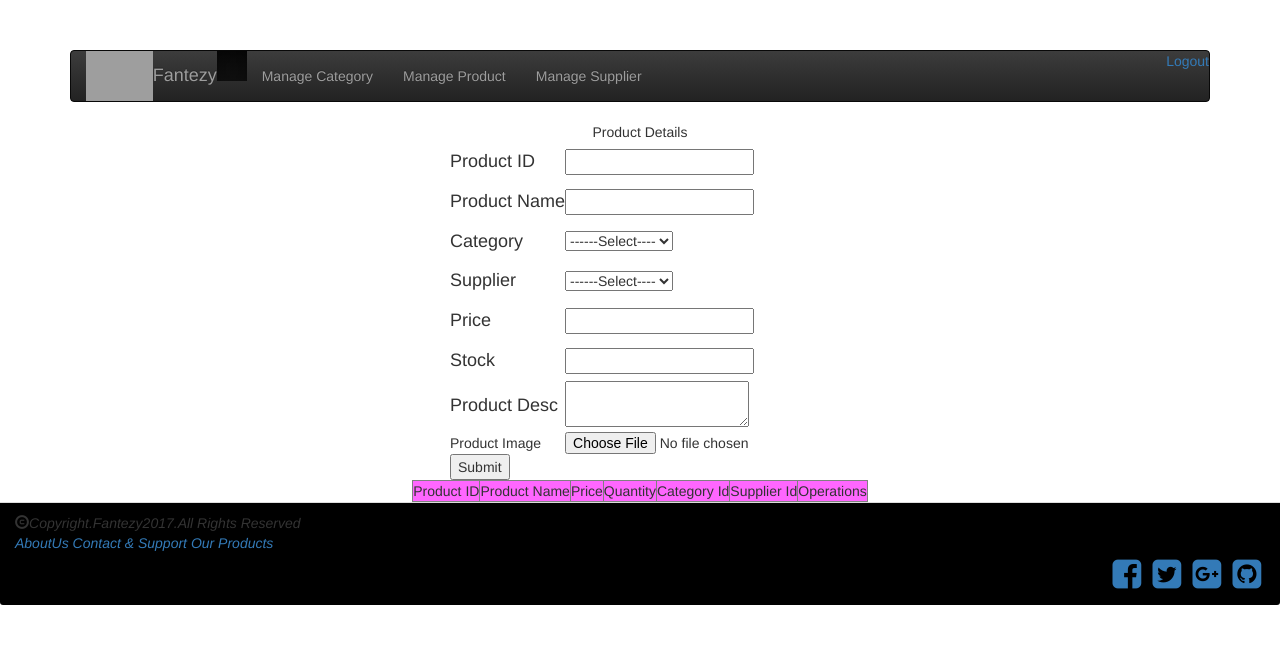
Repository: Safna93/eCommerce-project
Page: http://localhost/FantezyFrontendProject/WEB-INF/views/Product.jsp
An editor plug-in stored every save of this project. The page is shown before and after the next save, followed by the edit.
The browser window is 1280 px wide. The pictures show the whole page.
Pictures or frames that could not be fetched are drawn as grey boxes. Some web libraries are served in a nearby version. The page is served by Tomcat 9. Nobody is signed in. Other server files are loaded and not shown. The template is opened directly, without the code that normally fills it, so the values that code supplies are empty.

Above is the page before, as saved 2017-07-11 08:55:49.

### Fantezy Project/Fantezy/FantezyFrontendProject/src/main/webapp/WEB-INF/views/Product.jsp
<%@ page language="java" contentType="text/html"%>
<%@ taglib uri="http://java.sun.com/jsp/jstl/core" prefix="c"%>
<%@taglib prefix="form" uri="http://www.springframework.org/tags/form"%>

<%@include file="AdminHeader.jsp"%>

<form:form method="POST" action="InsertProduct" modelAttribute="product" enctype="Multipart/form-data">
<table align="center">
			<tr>
				<td colspan="2"><center>Product Details</center></td>
			</tr>
			<tr>
				<td><h4>Product ID</h4></td>
				<td><form:input path="prodid" /></td>
			</tr>
			<tr>
				<td><h4>Product Name</h4></td>
				<td><form:input path="prodname" /></td>
			</tr>

			<tr>
				<td><h4>Category</h4></td>
				<td><form:select path="catid">
						<form:option value="0" label="------Select----" />
						<form:options items="${catlist}" />
					</form:select>
				</td>
			</tr>
			<tr>
				<td><h4>Supplier</h4></td>
				<td><form:select path="suppid">
						<form:option value="0" label="------Select----" />
						<form:options items="${supplist}" />
					</form:select>
				</td>
			</tr>

			<tr>
				<td><h4>Price</h4></td>
				<td><form:input path="price" /></td>
			</tr>
			<tr>
				<td><h4>Stock</h4></td>
				<td><form:input path="quantity" /></td>
			</tr>
			<tr>
				<td><h4>Product Desc</h4></td>
				<td><form:textarea path="proddesc" /></td>
			</tr>
			<tr>
				<td>Product Image</td>
				<td><form:input type="file" path="pimage" /></td>
			</tr>

			<tr>
			<td colspan="2"><input type="submit" /></td>
			</tr>
</table>
</form:form>

<!-- Displaying the Product data using Table -->
<table cellspacing="2" align="center" border="1">

	<tr bgcolor="#ff66ff">
		<td>Product ID</td>
		<td>Product Name</td>
		<td>Price</td>
		<td>Quantity</td>
		<td>Category Id</td>
		<td>Supplier Id</td>
		<td>Operations</td>
	</tr>
	<c:forEach items="${prodlist}" var="product">
		<tr bgcolor="#00ff99">
			<td>${product.prodid}</td>
			<td>${product.prodname}</td>
			<td>${product.price}</td>
			<td>${product.quantity}</td>
			<td>${product.catid}</td>
			<td>${product.suppid}</td>
			<td><a href="<c:url value="deleteProduct/${product.prodid}"/>">Delete</a>
				<a href="<c:url value="updateProduct/${product.prodid}"/>">Update</a>
			</td>
		</tr>
	</c:forEach>
</table>
<!-- Completed Displaying Table -->
<%@include file="Footer.jsp" %>
</body>
</html>

### Fantezy Project/Fantezy/FantezyFrontendProject/src/main/webapp/WEB-INF/views/AdminHeader.jsp
<!DOCTYPE html>
<html lang="en">
<head>
<title>Fatntezy-The Girlz Corner</title>
<meta charset="utf-8">
<meta name="viewport" content="width=device-width, initial-scale=1">
<%@ taglib uri="http://java.sun.com/jsp/jstl/core" prefix="c"%>
<link rel="stylesheet"
	href="https://maxcdn.bootstrapcdn.com/bootstrap/3.3.7/css/bootstrap.min.css">
<link href="<c:url value="/resources/css/Head.css" />" rel="stylesheet">
<script
	src="https://ajax.googleapis.com/ajax/libs/jquery/3.2.1/jquery.min.js"></script>
<script
	src="https://maxcdn.bootstrapcdn.com/bootstrap/3.3.7/js/bootstrap.min.js"></script>
</head>
<body>




	<div class="header">
		<div class="container">
			<header style="height: 50px;"></header>
			<!------------- Navbar -------------->
			<nav class="my-nav navbar navbar-inverse bs-dark">
				<div class="navbar-header"></div>












				<div class="collapse navbar-collapse"
					id="bs-example-navbar-collapse-1">
					<ul class="nav navbar-nav">
						<a class="navbar-brand" href="#" style="padding: 0px;"> <img
							src="mylogo.png" style="height: 100%; display: inline-block;"><span>Fantezy</span>
						</a>


						<li class="active"><a href="ioo"><span class="sr-only">HOME</span></a></li>

						<li><a href="Category">Manage Category</a></li>
						<li><a href="Product">Manage Product</a></li>
						<li><a href="Supplier">Manage Supplier</li>

					</ul>
					<ul>
						<div class="nav navbar-nav navbar-right">

							<a href="logout">Logout</a> </a>
						</div>
					</ul>
				</div>







				</li>
				</ul>
		</div>
		</nav>
	</div>

	<!----------- !Navbar End ------------>


	</div>

### Fantezy Project/Fantezy/FantezyFrontendProject/src/main/webapp/WEB-INF/views/Footer.jsp


<html lang="en">
<head>
<title>Fantezy</title>
  <meta charset="utf-8">
  <meta name="viewport" content="width=device-width, initial-scale=1"><!-- Latest compiled and minified CSS -->
<link rel="stylesheet" href="https://maxcdn.bootstrapcdn.com/bootstrap/3.3.4/css/bootstrap.min.css">
<link rel="stylesheet" href="https://cdnjs.cloudflare.com/ajax/libs/font-awesome/4.6.3/css/font-awesome.min.css">
<!-- Optional theme -->
<link rel="stylesheet" href="https://maxcdn.bootstrapcdn.com/bootstrap/3.3.4/css/bootstrap-theme.min.css">
 <!-- jQuery (necessary for Bootstrap's JavaScript plugins) -->
    <script src="https://ajax.googleapis.com/ajax/libs/jquery/1.11.2/jquery.min.js"></script>
<!-- Latest compiled and minified JavaScript -->
<script src="https://maxcdn.bootstrapcdn.com/bootstrap/3.3.4/js/bootstrap.min.js"></script>
  <style>
.panel-footer{
	background-color: black;
	font-style: oblique;
}
body{
	background-color: white;
	font:oblique;
	size:18;
}
.social:hover {
     -webkit-transform: scale(1.1);
     -moz-transform: scale(1.1);
     -o-transform: scale(1.1);
 }
 .social {
     -webkit-transform: scale(0.8);
     /* Browser Variations: */

     -moz-transform: scale(0.8);
     -o-transform: scale(0.8);
     -webkit-transition-duration: 0.5s;
     -moz-transition-duration: 0.5s;
     -o-transition-duration: 0.5s;
 }
/*
    Multicoloured Hover Variations
*/

 #social-fb:hover {
     color: #3B5998;
 }
 #social-tw:hover {
     color: #4099FF;
 }
 #social-gp:hover {
     color: #d34836;
 }
 #social-gh:hover {
     color: black;
 }
</style>
</head>
<body>
<div class="panel-footer">

  <span class="glyphicon glyphicon-copyright-mark"></span>Copyright.Fantezy2017.All Rights Reserved
<div class="text-left left-block">
<a href="AboutUs">AboutUs</a></li>

<a href="ContactUs">Contact & Support</a>
<a href="ProductDesc">Our Products</a>





<div class="text-right right-block">

                <a href="https://www.facebook.com"><i id="social-fb" class="fa fa-facebook-square fa-3x social"></i></a>
	            <a href="https://twitter.com"><i id="social-tw" class="fa fa-twitter-square fa-3x social"></i></a>
	            <a href="https://plus.google.com"><i id="social-gp" class="fa fa-google-plus-square fa-3x social"></i></a>
	            <a href="https://github.com"><i id="social-gh" class="fa fa-github-square fa-3x social"></i></a>
</div>

</div>


</body>
</html>

### Fantezy Project/Fantezy/FantezyFrontendProject/src/main/webapp/resources/css/Head.css


.bs-dark.navbar-inverse {
  background-color: #222;
  border-color: #080808;
}
.bs-dark .navbar-img {padding:5px 6px !important;}
.bs-dark .navbar-img img {width:40px;}
.bs-dark .dropdown-menu {
  min-width: 200px;
  padding: 5px 0;
  margin: 2px 0 0;
  background-color: #000;
  border: 1px solid rgba(0, 0, 0, 0.7);
  border: 1px solid rgba(0, 0, 0, .15);
  -webkit-box-shadow: 0 6px 12px rgba(0, 0, 0, .175);
          box-shadow: 0 6px 12px rgba(0, 0, 0, .175);
}

.bs-dark .dropdown-menu .divider {
  border: 1px solid rgba(0, 0, 0, 0.8);
}
.bs-dark .dropdown-menu > li > a {
  padding: 6px 20px;
  color: rgba(255,255,255,0.80);
}
.bs-dark .dropdown-menu > li > a:hover,
.bs-dark .dropdown-menu > li > a:focus {
  color: rgba(255,255,255,0.70);
  text-decoration: none;
  background-color: transparent;
}
.bs-dark .dropdown-menu > .active > a,
.bs-dark .dropdown-menu > .active > a:hover,
.bs-dark .dropdown-menu > .active > a:focus {
  color: rgba(255,255,255,0.70);
  text-decoration: none;
  background-color: transparent;
  outline: 0;
}

.bs-dark .navbar-form {
  margin:0;
  margin-top: 5px;
  padding:8px 0px;
}

.bs-dark .navbar-form .search-box {
  border:0px;
  height:35px;
  outline: none;
  width:320px;
  padding-right: 3px;
  padding-left: 15px;
  margin:4px;
  -webkit-border-radius: 22px;
  -moz-border-radius: 22px;
  border-radius: 22px;
}

.bs-dark .navbar-form button {
  border: 0;
  background: none;
  padding: 2px 5px;
  margin-top: 2px;
  position: relative;
  left: -34px;
  margin-bottom: 0;
  -webkit-border-radius: 3px;
  -moz-border-radius: 3px;
  border-radius: 3px;
}

.bs-dark .search-box:focus + button {
  z-index: 3;
}

@media (min-width: 768px) {
    .bs-dark .dropdown:hover {background-color: #000;}
	.bs-dark .dropdown:hover .dropdown-menu {
	  display: block;
	}
	.bs-dark .navbar-form {
	  padding:0px;
	}
	.bs-dark .navbar-form .search-box {
	  width:260px;
	  height:32px;
	}

}

After the next save:
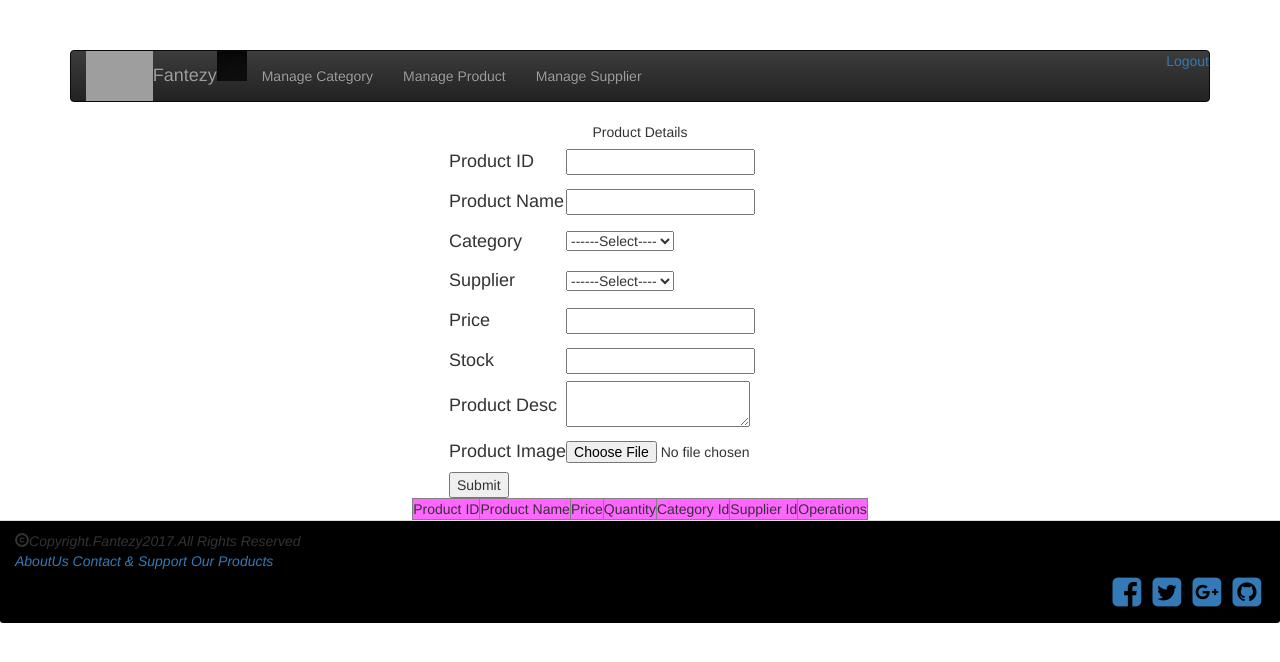
Saved 24 s later.
--- a/Fantezy Project/Fantezy/FantezyFrontendProject/src/main/webapp/WEB-INF/views/Product.jsp
+++ b/Fantezy Project/Fantezy/FantezyFrontendProject/src/main/webapp/WEB-INF/views/Product.jsp
@@ -48,7 +48,7 @@
 				<td><form:textarea path="proddesc" /></td>
 			</tr>
 			<tr>
-				<td>Product Image</td>
+				<td><h4>Product Image</h4></td>
 				<td><form:input type="file" path="pimage" /></td>
 			</tr>
 
